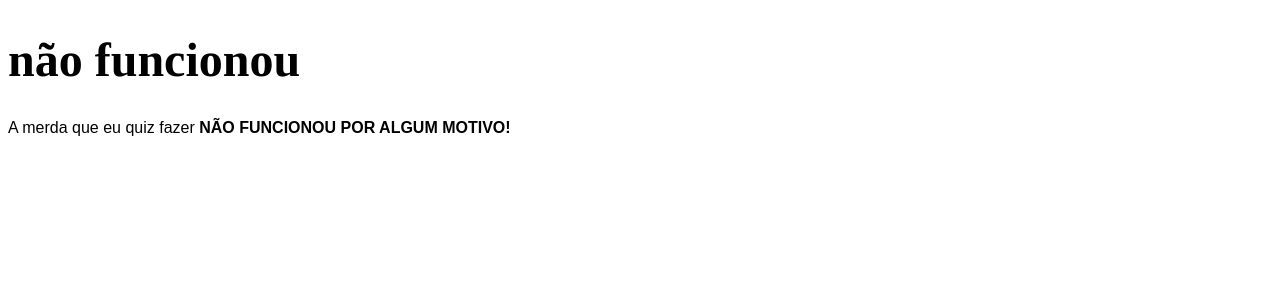
Repository: Codigo404q/html-css
Page: exercicios/ex018/fonte02.html
An editor plug-in stored every save of this project. The page is shown before and after the next save, followed by the edit.
The browser window is 1280 px wide. The pictures show the whole page.
Some web fonts or font styles are not loaded; a fallback is used.

Above is the page before, as saved 2023-11-03 22:46:39.

### exercicios/ex018/fonte02.html
<!DOCTYPE html>
<html lang="pt-br">
<head>
    <meta charset="UTF-8">
    <meta name="viewport" content="width=device-width, initial-scale=1.0">
    <title>Fontes Externas</title>
    <style>
        @font-face {
             font-family: 'Love';
            src: url('love larry.ttf') format('truetype');
            font-weight: normal;
            font-style: normal;

            /* Tipos de format()
            - opentype (otf)
            - truetype (ttf)
            - embedded-opentype
            - truetype-aat (Apple Advanced Typography)
            - svg
        */
        }

         body {
            font-family: Arial, Helvetica, sans-serif;
        }
        h1{
            font-family: 'Love', Times, serif;
            font-size: 3em;
        }
    </style>
</head>
<body>
    <h1>não funcionou</h1>
    <p>A merda que eu quiz fazer <b>NÃO FUNCIONOU POR ALGUM MOTIVO!</b></p>

</body>
</html>

After the next save:
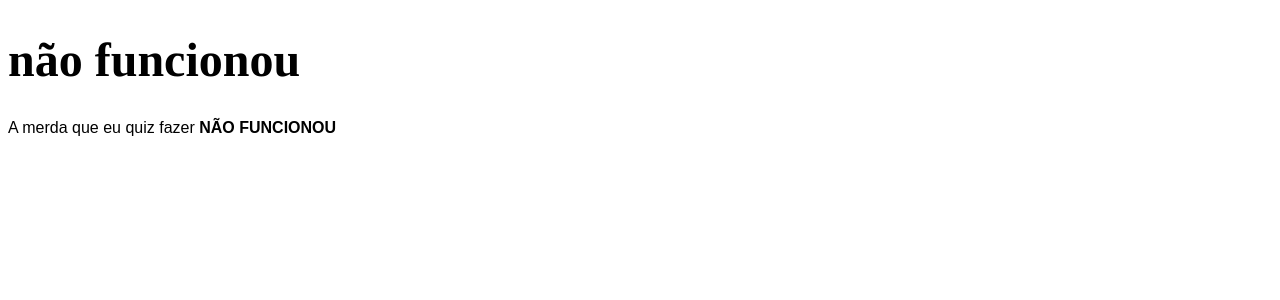
Saved 10 s later.
--- a/exercicios/ex018/fonte02.html
+++ b/exercicios/ex018/fonte02.html
@@ -31,7 +31,7 @@
 </head>
 <body>
     <h1>não funcionou</h1>
-    <p>A merda que eu quiz fazer <b>NÃO FUNCIONOU POR ALGUM MOTIVO!</b></p>
+    <p>A merda que eu quiz fazer <b>NÃO FUNCIONOU</b></p>
 
 </body>
 </html>
